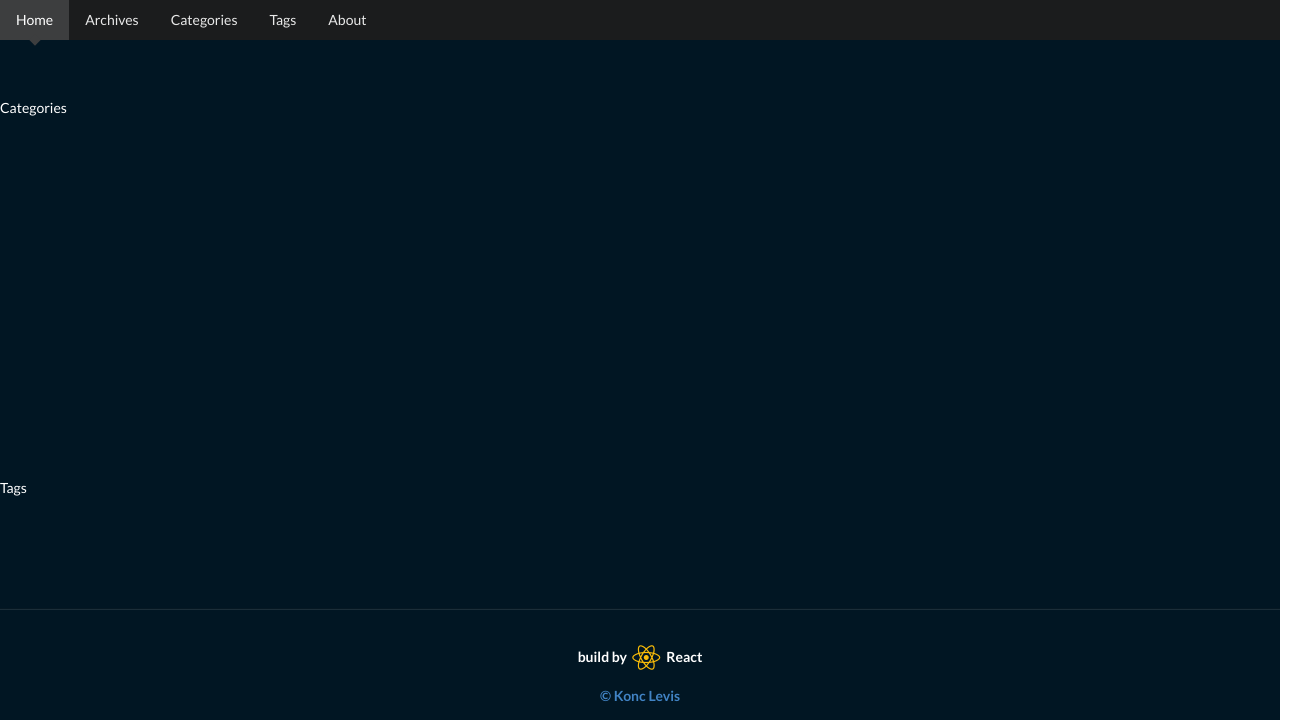
Repository: chu4j/my-spring-cloud-blog-frontend
Page: /
The author's editor kept a copy of each file at every save. The page is drawn from the files as they stood at one save, then again after the next save.
The browser window is 1280 px wide. The page is 1294 px wide, so the pictures cover 1294 px, including what lies to the right of the window. The pictures show the whole page.
The page's requests for data from a server got no answer. The project was rebuilt for these pictures with package versions that can differ from the ones it lists, and the page was loaded fresh each time. No one was signed in, and anything a server would have sent is missing. Also part of the build but not shown: src/components/Categories.jsx, src/components/FocusContent.jsx, src/css/App.css, src/components/owner/LoginForm.jsx, src/components/Tags.jsx, src/components/Timeline.jsx, src/components/TimelineHome.jsx.

Above is the page before, as saved 2021-02-24 13:15:42.

### src/index.js
import React from 'react';
import ReactDOM from 'react-dom';
import { BrowserRouter } from 'react-router-dom';
import 'semantic-ui-css/semantic.min.css';
import './css/index.css';
import BlogRouter from './router/Router';
import  'github-markdown-css';
ReactDOM.render(<
    BrowserRouter forceRefresh={true} >
    <BlogRouter />
</BrowserRouter>,
    document.getElementById('root')
);

### src/css/index.css
body {
  -webkit-font-smoothing: antialiased;
  -moz-osx-font-smoothing: grayscale;
}

code {
  font-family: source-code-pro, Menlo, Monaco, Consolas, "Courier New",
    monospace;
}

.post-container {
  padding: 8px;
  border-radius: 2px;
}

.post-title {
  color: #011623;
}

.post-title:hover {
  color: #011623;
  text-decoration: underline;
}

/*animate*/

.posts-appear {
  opacity: 0;
}

.posts-enter {
  opacity: 1;
  transform: scale(0.95);
}

.posts-enter-active {
  opacity: 1;
  transform: translateX(0);
  transition: opacity 300ms, transform 200ms;
}

.posts-exit {
  opacity: 1;
  transform: scale(0.9);
}

.posts-exit-active {
  opacity: 0;
  transform: translateX(0);
  transition: opacity 300ms, transform 200ms;
}

.post-container pre code {
}
.common-label {
  display: inline-block;
  margin: 5px;
  padding: 2px;
  color: whitesmoke;
  border-radius: 0;
}
.common-label:hover{
  color: whitesmoke;
  text-decoration: underline;
}
.common-label-container {
  min-height: 280px;
}
.menu-container {
  margin-bottom: 5em;
}
.post-category {
  padding: 3px;
  background-color: #010101;
  color: white;
  display: inline-block;
  border-radius: 2px;
}
.post-category:hover {
  color: white;
  text-decoration: underline;
}
.post-tag {
  padding: 3px;
  color: #011623;
  border: 1px solid #011623;
  display: inline-block;
  border-radius: 4px;
}
.post-tag:hover {
  color: #010101;
  text-decoration: underline;
}
.my-container{
  background-color: #011623;
  color: white;
}

### src/router/Router.jsx
import { Route, Switch } from "react-router-dom";
import Categories from "../components/Categories";
import FocusPostComponent from "../components/FocusContent";
import Home from "../components/Home";
import LoginForm from "../components/owner/LoginForm";
import Tags from "../components/Tags";
import MyTimeline from "../components/Timeline";
import TimelineHome from "../components/TimelineHome";
export default function BlogRouter() {
  return (
    <Switch>
      <Route path="/" exact>
        <Home />
      </Route>
      <Route path="/owner/login" exact>
        <LoginForm />
      </Route>
      <Route path="/category/:name" exact>
        <Home />
      </Route>
      <Route path="/tag/:name" exact>
        <Home />
      </Route>
      <Route path="/posts/page/:pageNumber">
        <Home />
      </Route>
      <Route path="/category/:name/page/:pageNumber">
        <Home />
      </Route>
      <Route path="/tag/:name/page/:pageNumber">
        <Home />
      </Route>
      <Route path="/post/:postId" exact>
        <FocusPostComponent />
      </Route>
      <Route path="/categories" exact>
        <Categories />
      </Route>
      <Route path="/tags" exact>
        <Tags />
      </Route>
      <Route path="/posts/timeline" exact>
        <TimelineHome />
      </Route>
      <Route path="/posts/timeline/page/:pageNumber" exact>
        <TimelineHome />
      </Route>
    </Switch>
  );
}

### src/components/Home.jsx
import { React, useEffect, useState } from "react";
import { useParams, useRouteMatch } from "react-router-dom";
import "../css/App.css";
import { ServerHost } from "./AppConfig";
import BlogLayout from "./BlogLayout";
import CategoryComponent from "./CategoryComponent";
import ContentComponent from "./Content";
import TagComponent from "./TagComponent";
async function getArchive(path) {
  const axios = require("axios").default;
  if (null == path) {
    return axios.get(ServerHost + "/v1/api/archive").then((res) => res.data);
  } else {
    return axios.get(path).then((res) => res.data);
  }
}
function countPath(router, name, pageNumber) {
  let requestUrl = "";
  let pagePrefix = "";
  const path = router.path;
  switch (path) {
    case "/":
      requestUrl = ServerHost + "/v1/api/archive";
      pagePrefix = "/posts/page/";
      break;
    case "/category/:name":
      requestUrl = ServerHost + "/v1/api/category/" + name;
      pagePrefix = "/category/" + name + "/page/";
      break;
    case "/category/:name/page/:pageNumber":
      requestUrl =
        ServerHost + "/v1/api/category/" + name + "?page=" + pageNumber;
      pagePrefix = "/category/" + name + "/page/";
      break;
    case "/tag/:name":
      requestUrl = ServerHost + "/v1/api/tag/" + name;
      pagePrefix = "/tag/" + name + "/page/";
      break;
    case "/tag/:name/page/:pageNumber":
      requestUrl = ServerHost + "/v1/api/tag/" + name + "?page=" + pageNumber;
      pagePrefix = "/tag/" + name + "/page/";
      break;
    case "/posts/page/:pageNumber":
      requestUrl = ServerHost + "/v1/api/archive?page=" + pageNumber;
      pagePrefix = "/posts/page/";
      break;
    default:
      break;
  }
  return { requestUrl, pagePrefix };
}
export default function Home() {
  let { name, pageNumber } = useParams();
  const router = useRouteMatch();
  console.log("router:" + JSON.stringify(router) + " type:" + typeof router);
  const params = countPath(router, name, pageNumber);
  console.log("returnPath:" + params.requestUrl);
  let activePage = 1;
  if (null != pageNumber && undefined != pageNumber) activePage = pageNumber;
  const [response, setData] = useState({});
  useEffect(() => {
    getArchive(params.requestUrl).then((res) => {
      setData(res);
    });
  }, []);
  return (
    <BlogLayout
      CategoryComponent={<CategoryComponent />}
      TagComponent={<TagComponent />}
      ContentComponent={
        <ContentComponent
          response={response}
          activePage={activePage}
          pagePrefix={params.pagePrefix}
        />
      }
      style={{ margin: 0, padding: 0 }}
    />
  );
}

### src/components/BlogLayout.jsx
import { Grid } from "semantic-ui-react";
import "../css/index.css";
import Header from "./BlogHeader";
import DivRow from "./Common";
import Footer from "./Footer";
export default function BlogLayout(props) {
  return (
    <div className="my-container">
      <Grid stackable>
        <Grid.Row columns={1}>
          <Header />
        </Grid.Row>
        <Grid.Row>
          {props.CategoryComponent && props.TagComponent && (
            <Grid.Column width={3}>
              {props.CategoryComponent}
              <DivRow />
              <DivRow />
              <DivRow />
              {props.TagComponent}
            </Grid.Column>
          )}
          {props.CategoryComponent &&
          props.TagComponent &&
          props.ContentComponent ? (
            <Grid.Column width={12}>{props.ContentComponent}</Grid.Column>
          ) : (
            <Grid.Column width={16}>{props.ContentComponent}</Grid.Column>
          )}
        </Grid.Row>
        <Grid.Row columns={1}>
          <Grid.Column>
            <Footer />
          </Grid.Column>
        </Grid.Row>
      </Grid>
    </div>
  );
}

### src/components/CategoryComponent.jsx
import React, { Component } from "react";
import { ServerHost } from "./AppConfig";
import DivRow from "./Common";
class CategoryComponent extends Component {
  state = {
    data: [{}],
  };
  componentDidMount() {
    const axois = require("axios").default;
    axois
      .get(ServerHost + "/v1/api/category/statistics/count")
      .then((res) => {
        const data = res.data;
        this.setState({ data: data });
      })
      .catch((error) => {
        console.log(error);
      });
    console.log("category card render");
  }
  render() {
    return (
      <>
        <span>Categories</span>
        <DivRow />
        <div className="common-label-container">
          {this.state.data.map((e, index) => (
            <a key={index} href={"/category/" + e.value} className="common-label">
              {e.value}
              &nbsp;
              {e.count}
            </a>
          ))}
        </div>
      </>
    );
  }
}
export default CategoryComponent;

### src/components/AppConfig.jsx
export const ServerHost = "http://localhost:9000";

### src/components/Content.jsx
import { React, useEffect, useState } from "react";
import { useHistory, withRouter } from "react-router-dom";
import { CSSTransition } from "react-transition-group";
import { Container, Grid, Header, Icon, Pagination } from "semantic-ui-react";
import DivRow from "./Common";

function ContentComponent(props) {
  const hljs = require("highlight.js");
  const [showComponent, setShowComponent] = useState(false);
  console.log("state : " + showComponent);
  useEffect(() => {
    let time = setTimeout(() => setShowComponent(true), 100);
    hljs.highlightAll();
    return () => {
      clearTimeout(time);
    };
  }, []);
  const history = useHistory();
  const handlePaginationClick = (e, { activePage }) => {
    const url = props.pagePrefix + activePage;
    history.push(url);
  };
  return (
    <>
      <CSSTransition
        in={showComponent}
        classNames="posts"
        timeout={200}
        unmountOnExit
      >
        <Container style={{backgroundColor:'white'}}>
          {props.response.list &&
            props.response.list.map((a, index) => (
              <div
                style={index > 0 ? { marginTop: "20px" } : {}}
                className="post-container"
              >
                <Header as="h1" textAlign="center">
                  <a href={"/post/" + a.serialNumber} className="post-title">
                    {a.title}
                  </a>
                </Header>
                {
                  <div
                    style={{ maxWidth: "960px" }}
                    className="markdown-body"
                    dangerouslySetInnerHTML={{ __html: a.content }}
                  ></div>
                }

                <DivRow />
                {a.category && a.tag && (
                  <>
                    <Container fluid>
                      <Grid>
                        <Grid.Row>
                          <Grid.Column width={5}>
                            {a.category.map((c, index) => (
                              <>
                                {" "}
                                <div key={index}>
                                  <span>
                                    <Icon name="linkify" color="black" />
                                    <a
                                      href={"/category/" + c.category}
                                      className="post-category"
                                    >
                                      {c.category}
                                    </a>
                                  </span>
                                </div>
                              </>
                            ))}
                          </Grid.Column>

                          <Grid.Column width={11}>
                            <Icon name="hashtag" color="teal" />
                            {a.tag.map((t, index) => (
                              <>
                                {" "}
                                <span key={index}>
                                  <a
                                    href={"/tag/" + t.tag}
                                    className="post-tag"
                                  >
                                    {t.tag}
                                  </a>
                                </span>
                              </>
                            ))}
                          </Grid.Column>
                        </Grid.Row>
                      </Grid>
                    </Container>
                  </>
                )}
                <DivRow />
                <DivRow />
              </div>
            ))}
          {props.response.totalPage > 1 && props.activePage && (
            <Container fluid textAlign="center" style={{ marginTop: "2em" }}>
              <Pagination
                totalPages={props.response.totalPage}
                firstItem={null}
                lastItem={null}
                pointing
                secondary
                activePage={props.activePage}
                onPageChange={handlePaginationClick}
              />
            </Container>
          )}
          {props.focus && props.response.list && (
            <div style={{ marginTop: "1em" }}>
              <Grid stackable>
                <Grid.Row>
                  <Grid.Column width={8}>
                    {props.response.list.map((e, index) => (
                      <>
                        {e.previous && (
                          <a
                            key={index}
                            href={"/post/" + e.previous.serialNumber}
                            style={{ fontWeight: "900" }}
                          >
                            <Icon name="angle left" size="big"></Icon>
                            &nbsp;&nbsp;{e.previous.title}
                          </a>
                        )}
                      </>
                    ))}
                  </Grid.Column>
                  <Grid.Column width={8} textAlign="right">
                    {props.response.list.map((e, index) => (
                      <>
                        {e.next && (
                          <a
                            key={index}
                            href={"/post/" + e.next.serialNumber}
                            style={{ fontWeight: "900" }}
                          >
                            {e.next.title}&nbsp;&nbsp;
                            <Icon name="angle right" size="big"></Icon>
                          </a>
                        )}
                      </>
                    ))}
                  </Grid.Column>
                </Grid.Row>
              </Grid>
            </div>
          )}
        </Container>
      </CSSTransition>
    </>
  );
}
export default withRouter(ContentComponent);

### src/components/TagComponent.jsx
import React, { Component } from "react";
import { ServerHost } from "./AppConfig";
import DivRow from "./Common";
class TagComponent extends Component {
  state = {
    data: [{}],
  };
  componentDidMount() {
    const axois = require("axios").default;
    axois
      .get(ServerHost + "/v1/api/tag/statistics/count")
      .then((res) => {
        const data = res.data;
        this.setState({ data: data });
      })
      .catch((error) => {
        console.error(error);
      });
  }
  render() {
    return (
      <>
        <span>Tags</span>
        <DivRow />
        <div>
          {this.state.data.map((e, index) => (
            <a key={index} href={"/tag/" + e.value} className="common-label">
              {e.value}
              &nbsp;
              {e.count}
            </a>
          ))}
        </div>
      </>
    );
  }
}
export default TagComponent;

### src/components/Common.jsx
export default function DivRow() {
  return <div>&nbsp;</div>;
}

### src/components/BlogHeader.jsx
import React, { Component } from "react";
import { Container, Menu } from "semantic-ui-react";
const menuStyle = {
  border: "none",
  borderRadius: 0,
  boxShadow: "none",
  marginBottom: "1em",
  marginTop: "4em",
  transition: "box-shadow 0.5s ease, padding 0.5s ease",
};

class BlogHeader extends Component {
  state = {
    activeItem: "home",
  };

  handleItemClick = (e, { name }) => this.setState({ activeItem: name });
  render() {
    const { activeItem } = this.state;
    return (
      <Container fluid className="menu-container">
        <Menu fixed="top" pointing  borderless inverted>
          <Menu.Item
            as="a"
            name="home"
            active={activeItem === "home"}
            onClick={this.handleItemClick}
            link
            href="/"
          ></Menu.Item>
          <Menu.Item
            as="a"
            name="archives"
            active={activeItem === "archives"}
            onClick={this.handleItemClick}
            link
            href="/posts/timeline"
          />
          <Menu.Item
            as="a"
            name="categories"
            active={activeItem === "categories"}
            onClick={this.handleItemClick}
            link
            href="/categories"
          />
          <Menu.Item
            name="tags"
            active={activeItem === "tags"}
            onClick={this.handleItemClick}
            as="a"
            href="/tags"
          />
          <Menu.Item
            name="about"
            active={activeItem === "about"}
            onClick={this.handleItemClick}
          />
        </Menu>
      </Container>
    );
  }
}

export default BlogHeader;

### src/components/Footer.jsx
import { Component, React } from "react";
import { Divider, Icon } from "semantic-ui-react";
import DivRow from "./Common";

class Footer extends Component {
  render() {
    return (
      <div style={{ marginTop: "2em", textAlign: "center" }}>
        <Divider />
        <DivRow />
        <p style={{ fontWeight: "900" }}>
          build by <Icon name="react" color="yellow" size="big" />
          <b>React</b>
        </p>

        <a href="https://www.github.com/konchoo">
          <b>&copy;&nbsp;Konc Levis</b>
        </a>
      </div>
    );
  }
}
export default Footer;

Loaded but not shown: public/index.html (common file)

After the next save:
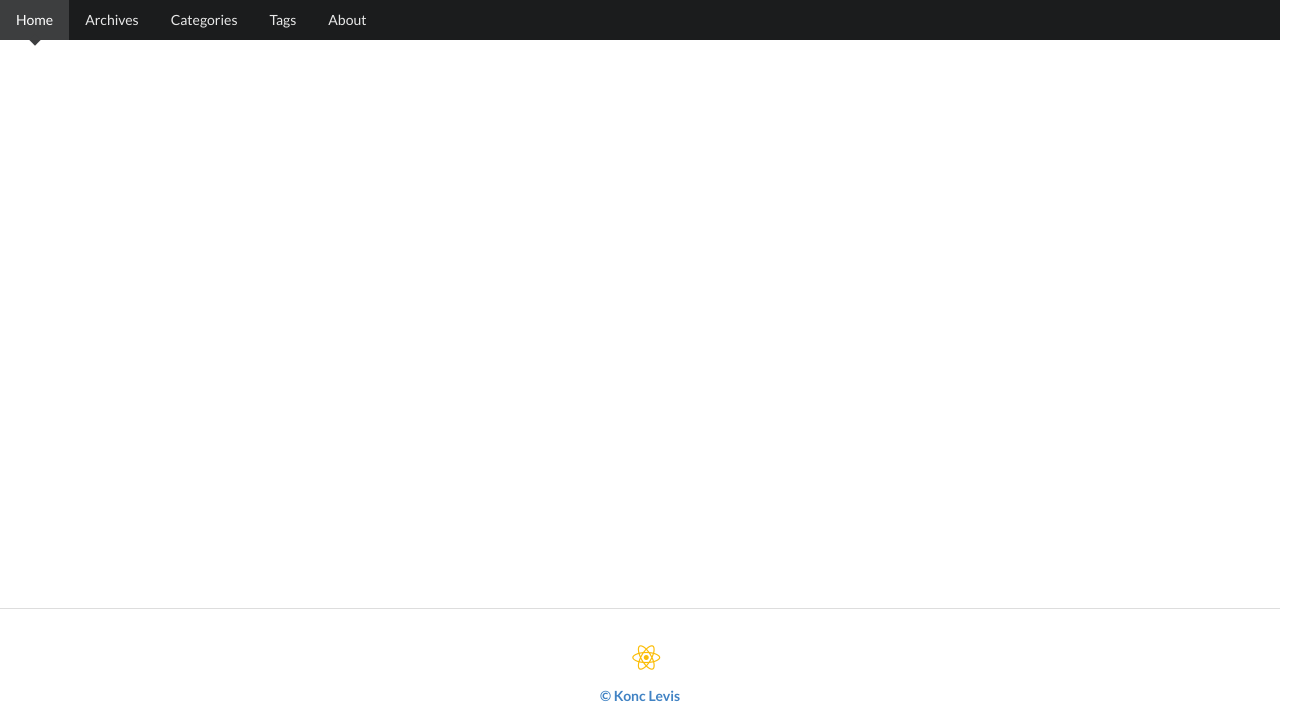
Saved 59 s later.
--- a/src/css/index.css
+++ b/src/css/index.css
@@ -92,6 +92,6 @@
   text-decoration: underline;
 }
 .my-container{
-  background-color: #011623;
+
   color: white;
 }

After the save that followed:
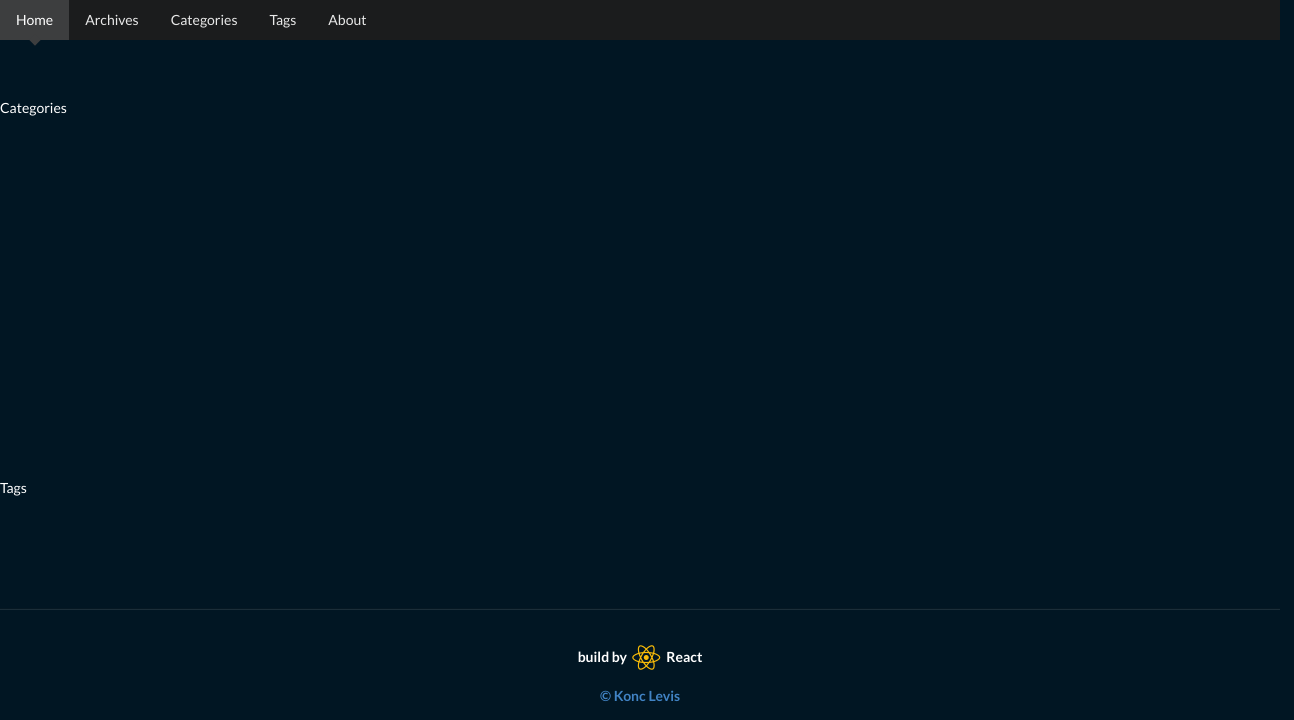
Saved 8 s later.
--- a/src/css/index.css
+++ b/src/css/index.css
@@ -1,6 +1,7 @@
 body {
   -webkit-font-smoothing: antialiased;
   -moz-osx-font-smoothing: grayscale;
+  background-color: #011623;
 }
 
 code {
@@ -59,7 +60,7 @@
   color: whitesmoke;
   border-radius: 0;
 }
-.common-label:hover{
+.common-label:hover {
   color: whitesmoke;
   text-decoration: underline;
 }
@@ -91,7 +92,6 @@
   color: #010101;
   text-decoration: underline;
 }
-.my-container{
-
+.my-container {
   color: white;
 }
